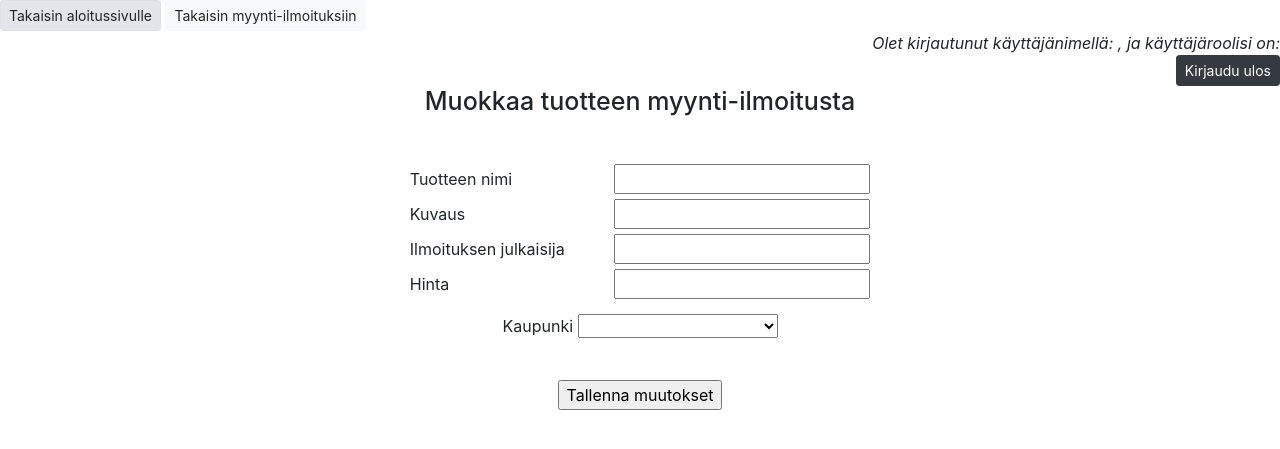
Repository: LiljestromNadja/Backend_s2023_harjoitustyo
Page: http://localhost/editArticle
These files come from the project's save history. The page is drawn as it stood at one moment and after the next save; the edit follows.
The browser window is 1280 px wide. The pictures show the whole page.
The page is this project's Thymeleaf template; nobody is signed in. The template is opened directly, without the code that normally fills it, so the values that code supplies are empty.

Above is the page before, as saved 2023-11-10 16:47:31.

### harkkas23v01/src/main/resources/templates/editArticle.html
<!DOCTYPE HTML>
<html xmlns:th="http://www.thymeleaf.org">
	<head>
	    <title>Muokkaa ilmoitusta</title>
	    <meta http-equiv="Content-Type" content="text/html; charset=UTF-8" />
	    <!-- Bootstrap-linkki vaihdettu tähän 04-10-2023 -->
	<link rel="stylesheet" href="https://cdn.jsdelivr.net/npm/bootstrap@4.0.0/dist/css/bootstrap.min.css" integrity="sha384-Gn5384xqQ1aoWXA+058RXPxPg6fy4IWvTNh0E263XmFcJlSAwiGgFAW/dAiS6JXm" crossorigin="anonymous"> <!-- Lisättiin tyyli, bootstrap 4.0 -->
	<!-- Lisättiin tyyli, bootstrap 4.0 -->
	</head>
	<body>
			<a href="/index"><button class="text-left btn btn-light btn-sm">Takaisin aloitussivulle</button></a>
			<a href="/articlelist"><button	class="text-left btn btn-light btn-sm">Takaisin myynti-ilmoituksiin</button></a>

		<div class="text-right">
			<i>Olet kirjautunut käyttäjänimellä: <b sec:authentication="name"></b>,	ja käyttäjäroolisi on: <b sec:authentication="principal.authorities"></b>
			</i>
			<br>
			<form class="text-right" th:action="@{/logout}" method="post">
				<input type="submit" value="Kirjaudu ulos" class="btn btn-sm btn-dark" />
			</form>
		</div>

		<h1 style="text-align: center;font-size: 25px"> Muokkaa tuotteen myynti-ilmoitusta</h1>

		<div style="clear: both; display: block; height: 40px;"></div>


		<div style="text-align: center;">
		<form th:object="${article}" th:action="@{../save}" action="#" method="post"> <!-- Tässä menee @{/save} -->

			  	<input type="hidden" id="id" th:field="*{id}" /><!-- muokatessa id:n täytyy mennä mukana backendin puolelle, ettei luoda uutta articlea -->
			  	<div>
			  	<label style="width: 200px; text-align: left;">Tuotteen nimi</label>
				<input type="text" th:field="*{title}" />
				</div>
				<div>
			  	<label style="width: 200px; text-align: left;">Kuvaus</label>
			  	<input type="text" th:field="*{description}" />
				</div>
				<div>
			  	<label style="width: 200px; text-align: left;">Ilmoituksen julkaisija</label>
				<input type="text" th:field="*{publisher}" />
				</div>
<!-- 			<div>
		  		<label>Ilmoitus jätetty</label>
				<input type="text" th:field="*{dateadded}" />
				</div> Käyttäjä ei syötä tätä tietoa-->
				<div>
			  	<label style="width: 200px; text-align: left;">Hinta</label>
				<input type="number" th:field="*{price}" step="0.01"  />
				</div>
				<div style="clear: both; display: block; height: 10px;"></div>
			  	<label for="citylist">Kaupunki</label>
				 <select style="text-align: center; width: 200px" id="citylist" th:field="*{city}" >
	       			<option th:each="city: ${cities}" th:value="${city.cityid}" th:text="${city.name}"></option>
	    		</select>
	 	  		<div>
	<!--		<label>User id</label> <!--article.applicationuserid kulkee piilossa -->
				<input type="hidden" th:field="*{applicationuser.id}" />
				</div>
	     		<div style="clear: both; display: block; height: 10px;"></div>

	<!-- 		<label for="appuserlist">User</label><!-- Lisätty 20102023, käyttäjien listaus, jos on tarkoitus päästä muokkaan kirjan lisääjää muista muuttaa myös Controller -->
	<!--  		<select id="appuserlist" th:field="*{applicationuser}" class="form-control">
	       			<option th:each="applicationuser: ${applicationusers}" th:value="${applicationuser.id}" th:text="${applicationuser.username}"></option>
	    		</select> -->
				<br>

				<input type="submit" value="Tallenna muutokset"></input>
			</form>

		</div>


	</body>
</html>

After the next save:
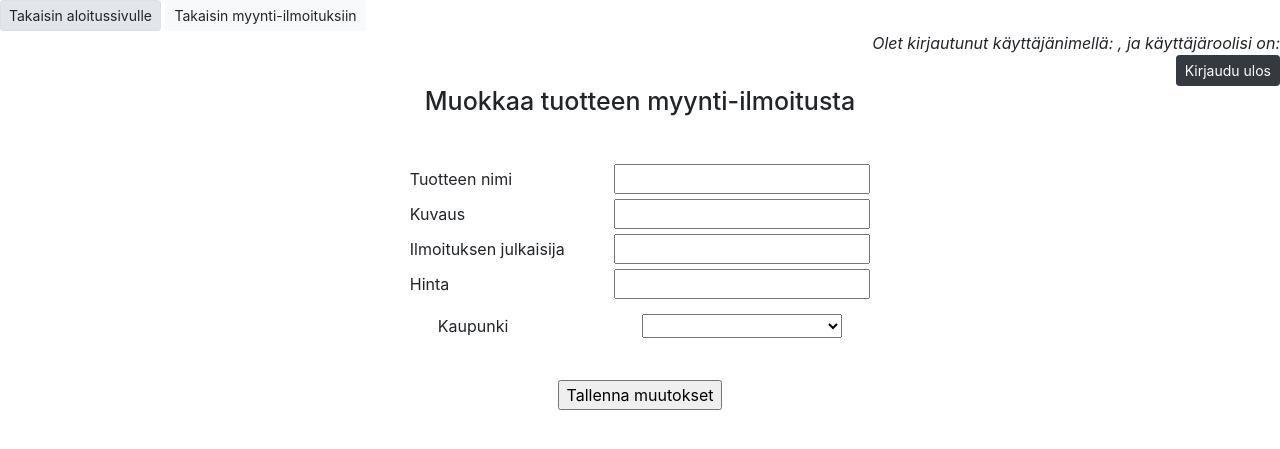
Saved 14 s later.
--- a/harkkas23v01/src/main/resources/templates/editArticle.html
+++ b/harkkas23v01/src/main/resources/templates/editArticle.html
@@ -50,7 +50,7 @@
 				<input type="number" th:field="*{price}" step="0.01"  />
 				</div>
 				<div style="clear: both; display: block; height: 10px;"></div>
-			  	<label for="citylist">Kaupunki</label>
+			  	<label for="citylist" style="width: 200px; text-align: left;">Kaupunki</label>
 				 <select style="text-align: center; width: 200px" id="citylist" th:field="*{city}" >
 	       			<option th:each="city: ${cities}" th:value="${city.cityid}" th:text="${city.name}"></option>
 	    		</select>
